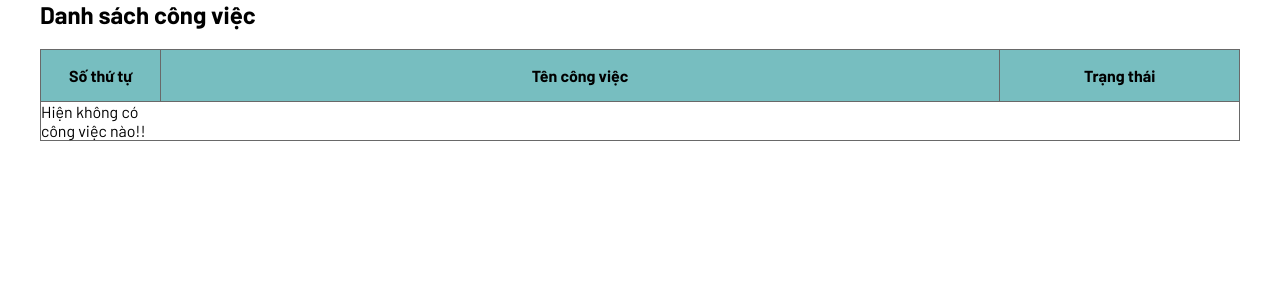
Repository: OkazakiTruong/searchReact
Page: /
The author's editor kept a copy of each file at every save. The page is drawn from the files as they stood at one save, then again after the next save.
The browser window is 1280 px wide. The pictures show the whole page.
The page's requests for data from a server got no answer. The project was rebuilt for these pictures with package versions that can differ from the ones it lists, and the page was loaded fresh each time. No one was signed in, and anything a server would have sent is missing. Also part of the build but not shown: vite.config.js.

Above is the page before, as saved 2024-01-11 14:11:33.

After the next save:
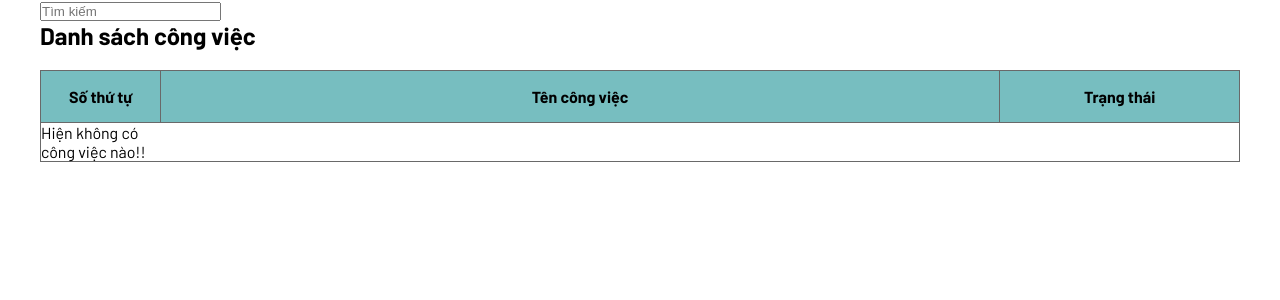
Saved 16 s later.
--- a/src/SearchApp/SearchAppContainer.jsx
+++ b/src/SearchApp/SearchAppContainer.jsx
@@ -1,5 +1,6 @@
 import React, { useCallback, useEffect, useState } from "react";
 import { ListTodo } from "./Todo/ListTodo";
+import { Search } from "./Search/Search";
 
 export const SearchAppContainer = () => {
   const [todos, setTodos] = useState(null);
@@ -18,6 +19,7 @@ export const SearchAppContainer = () => {
   }, []);
   return (
     <div>
+      <Search />
       <ListTodo todos={todos} />
     </div>
   );
